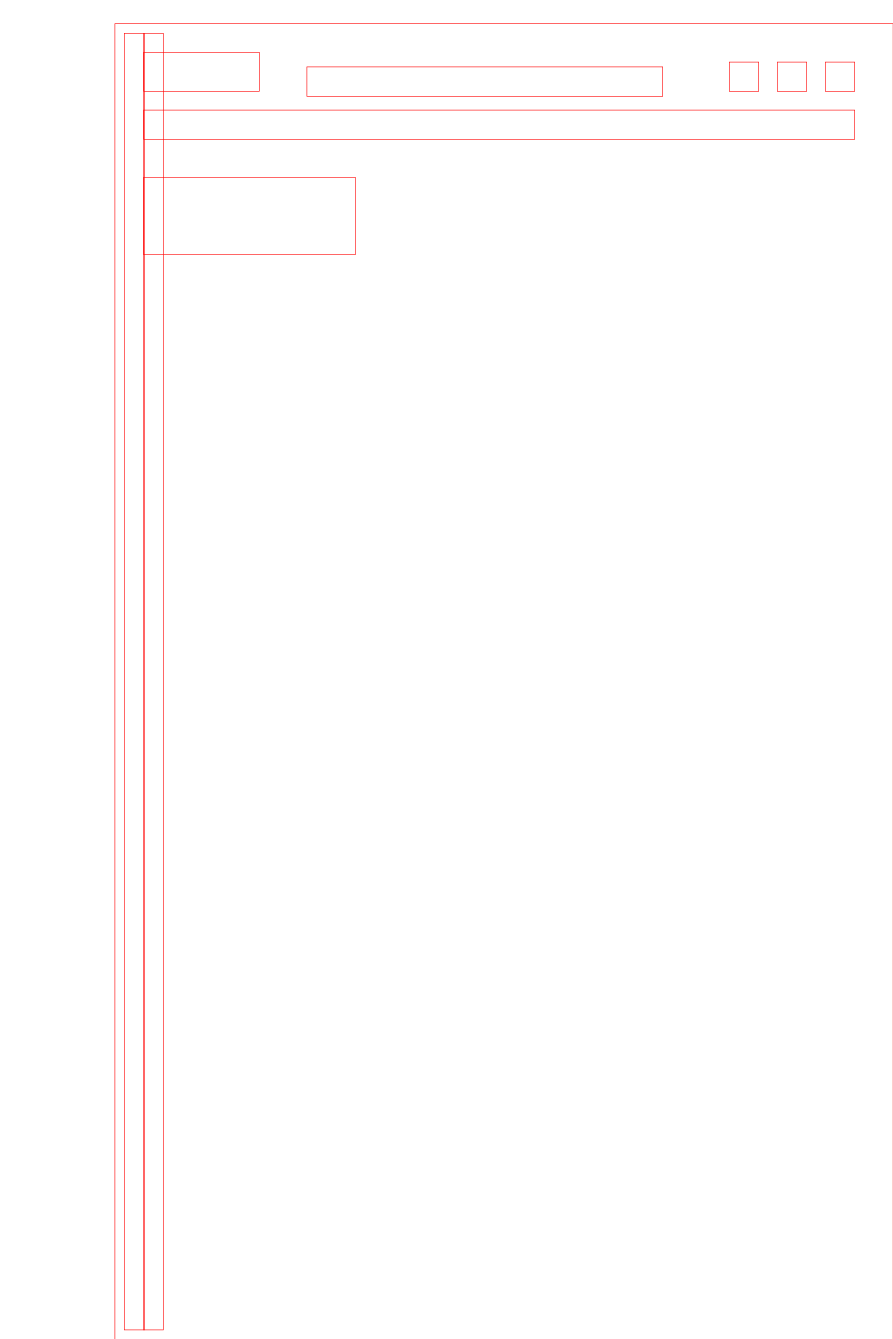
Repository: JacobSkilling-dot/Project1-Blog
Page: Week3-Blog.html
An editor plug-in stored every save of this project. The page is shown before and after the next save, followed by the edit.
The browser window is 1280 px wide. The page is 1488 px wide, so the pictures cover 1488 px, including what lies to the right of the window. The pictures show the whole page, at 60% of full size.

Above is the page before, as saved 2023-01-16 20:43:50.

### Week3-Blog.html
<!DOCTYPE html>
<html lang="en">
<head>
    <meta charset="UTF-8">
    <meta http-equiv="X-UA-Compatible" content="IE=edge">
    <meta name="viewport" content="width=device-width, initial-scale=1.0">
    <title>Website Template</title>
    <link rel="stylesheet" href="style.css">
</head>
<body>
    <div class="main-content">
    <div class="logo"></div>
        <div class="search-bar"></div>
        <div class="social1"></div>
        <div class="social2"></div>
        <div class="social3"></div>
        <div class="pages"></div>
        <div class="large-img1"></div>
        <div class="large-img2"></div>
        <div class="large-img3"></div>
        <style>

            .main-content{
                width: 79rem;
                height: 300vh;
                margin-top: 0rem;
                position: absolute;
                left: 12rem;
                display: flex;


            }

            .logo{
                width: 10rem;
                height: 2rem;
                margin-top: 2rem;
                position: absolute;
                margin-left: 2rem ;
            }

            .search-bar{
                top: 2.5rem;
                height: 1rem;
                margin: 2rem;
                width: 35rem;
                position: absolute;
                left: 18rem;
            }

            .social1{
                right: 2rem;
                top: 2rem;
                height: 1rem;
                margin: 2rem;
                width: 1rem;
                position: absolute;

            }

            .social2{
                right: 7rem;
                top: 2rem;
                height: 1rem;
                margin: 2rem;
                width: 1rem;
                position: absolute;

            }

            .social3{
                right: 12rem;
                top: 2rem;
                height: 1rem;
                margin: 2rem;
                width: 1rem;
                position: absolute;
            }

            .pages{
                top: 7rem;
                height: 1rem;
                margin: 2rem;
                margin-left: 2;
                width: 72rem;
                position: absolute;

            }

            .large-img1{
                top: 14rem;
                height: 6rem;
                margin: 2rem;
                margin-left: 2;
                width: 20rem;
                position: absolute;

            }

            .large-img2{

            }

            .large-img1{

            }


        </style>
    </div>

</body>
</html>

### style.css
* {
    outline: 1px solid rgb(255, 0, 0);
    padding: 1rem;
    min-height: 1rem;
}

html, body, grammarly-desktop-integration {
    outline: none;
}

After the next save:
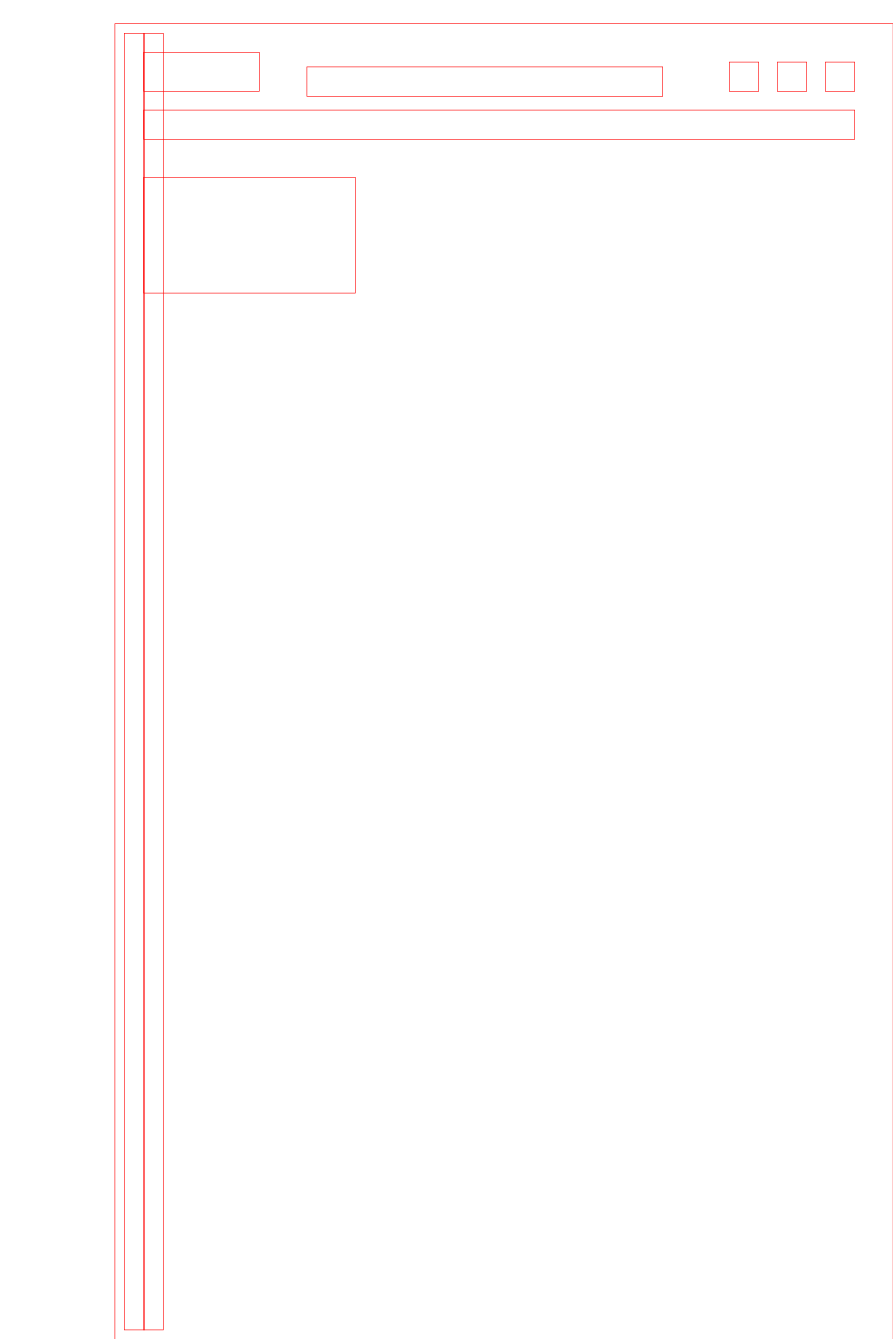
Saved 40 s later.
--- a/Week3-Blog.html
+++ b/Week3-Blog.html
@@ -89,7 +89,7 @@
 
             .large-img1{
                 top: 14rem;
-                height: 6rem;
+                height: 10rem;
                 margin: 2rem;
                 margin-left: 2;
                 width: 20rem;
